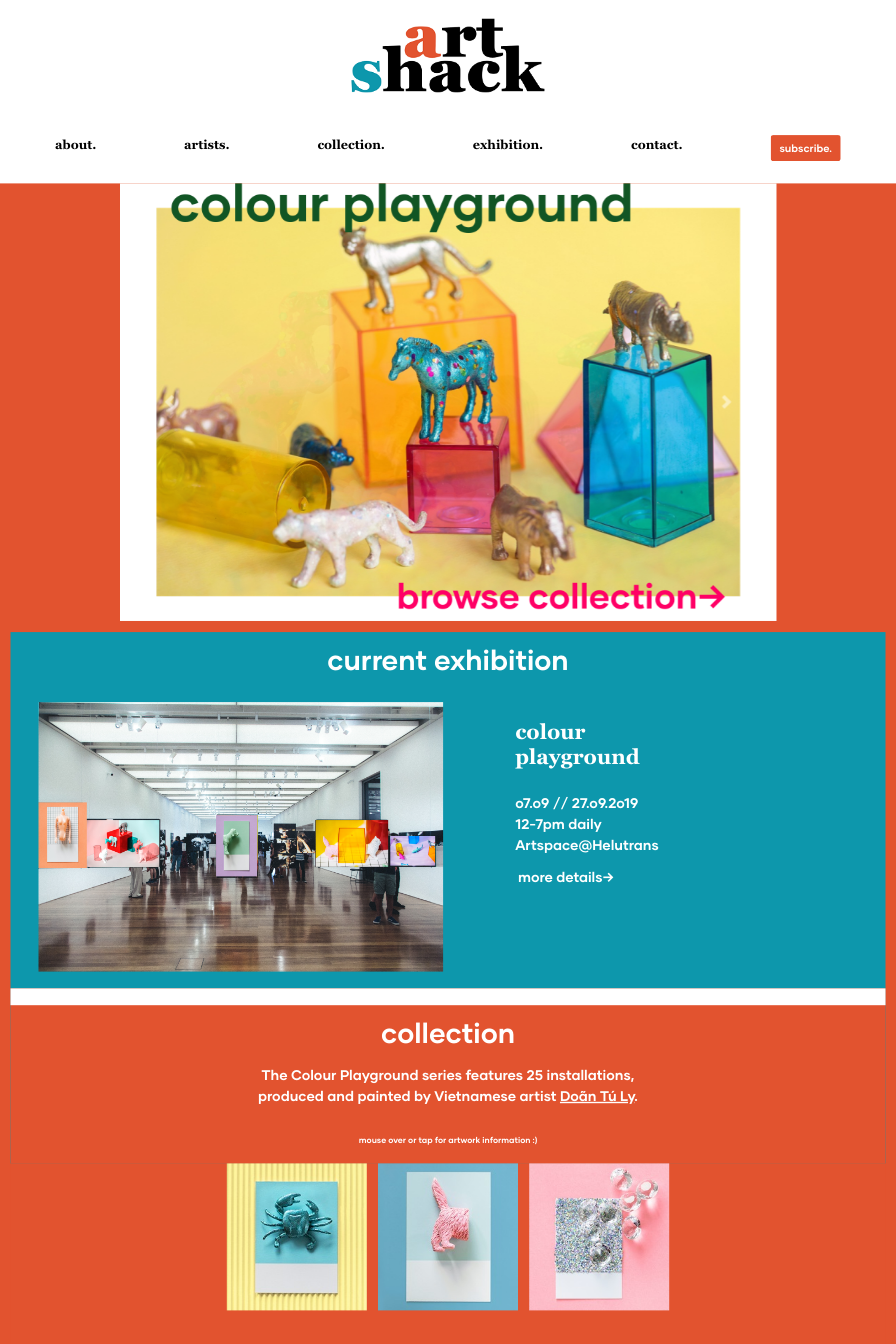
Repository: lynette-lyf/artshack
Page: index.html
The author's editor kept a record of every edit. The page is drawn from the files as they stood at one moment, then again after the next edit.
The browser window is 1280 px wide. The pictures show the part of the page from y = 0 to 1920 px (the page is 2753 px tall), at 70% of full size.

Above is the page before.

### index.html
<!doctype html>
<html lang="en">

<head>
  <!-- Required meta tags -->
  <meta charset="utf-8">
  <meta name="viewport" content="width=device-width, initial-scale=1, shrink-to-fit=no">

  <!-- Bootstrap CSS -->
  <link rel="stylesheet" href="https://stackpath.bootstrapcdn.com/bootstrap/4.3.1/css/bootstrap.min.css" integrity="sha384-ggOyR0iXCbMQv3Xipma34MD+dH/1fQ784/j6cY/iJTQUOhcWr7x9JvoRxT2MZw1T" crossorigin="anonymous">
  <link rel="stylesheet" href="style.css" />
  <link rel="stylesheet" href="https://cdnjs.cloudflare.com/ajax/libs/font-awesome/4.7.0/css/font-awesome.min.css">
  <link rel="stylesheet" href="https://unpkg.com/aos@2.3.1/dist/aos.css" >
  <title>artshack</title>

  <style>
/* font converted using font-converter.net. thank you! */
@font-face {
  font-family: "Georgia-Bold";
  src: url("./fonts/georgiab.eot"); /* IE9 Compat Modes */
  src: url("./fonts/georgiab.eot?#iefix") format("embedded-opentype"), /* IE6-IE8 */
    url("./fonts/georgiab.otf") format("opentype"), /* Open Type Font */
    url("./fonts/georgiab.svg") format("svg"), /* Legacy iOS */
    url("./fonts/georgiab.ttf") format("truetype"), /* Safari, Android, iOS */
    url("./fonts/georgiab.woff") format("woff"), /* Modern Browsers */
    url("./fonts/georgiab.woff2") format("woff2"); /* Modern Browsers */
  font-weight: normal;
  font-style: normal;
}


/* font converted using font-converter.net. thank you! */
@font-face {
  font-family: "GilmerBold";
  src: url("./fonts/GilmerBold.eot"); /* IE9 Compat Modes */
  src: url("./fonts/GilmerBold.eot?#iefix") format("embedded-opentype"), /* IE6-IE8 */
    url("./fonts/GilmerBold.otf") format("opentype"), /* Open Type Font */
    url("./fonts/GilmerBold.svg") format("svg"), /* Legacy iOS */
    url("./fonts/GilmerBold.ttf") format("truetype"), /* Safari, Android, iOS */
    url("./fonts/GilmerBold.woff") format("woff"), /* Modern Browsers */
    url("./fonts/GilmerBold.woff2") format("woff2"); /* Modern Browsers */
  font-weight: normal;
  font-style: normal;
}

    .logo {
      width: 280px;
    }

    /*Custom BootStrap4 CSS Styling credits to Saranya Rajendran @ https://stackoverflow.com/questions/49400853/how-to-change-navbar-hover-color-on-bootstrap-4/49405726*/

    .navbar-light .navbar-brand {
      color: black;
    }

    .navbar-light .navbar-nav .active>.nav-link,
    .navbar-light .navbar-nav .nav-link.active,
    .navbar-light .navbar-nav .nav-link.show,
    .navbar-light .navbar-nav .show>.nav-link {
      color: black;
    }

    .navbar-light .navbar-nav .nav-link {
      color: black;
    }

    .navbar-light .navbar-nav .nav-link-about,
    .navbar-light .navbar-nav .nav-link-artists,
    .navbar-light .navbar-nav .nav-link-collection,
    .navbar-light .navbar-nav .nav-link-exhibition,
    .navbar-light .navbar-nav .nav-link-contact {
      color: black;
    }

    .navbar-light .navbar-nav .nav-link-about:hover,
    .navbar-light .navbar-nav .nav-link-contact:hover {
      color: rgb(13, 151, 172) !important;
      text-decoration: none;
    }

    .navbar-light .navbar-nav .nav-link-artists:hover {
      color: rgb(6, 81, 37) !important;
      text-decoration: none;
    }

    .navbar-light .navbar-nav .nav-link-collection:hover {
      color: rgb(221, 160, 51) !important;
      text-decoration: none;
    }

    .navbar-light .navbar-nav .nav-link-exhibition:hover {
      color: rgb(226, 83, 47) !important;
      text-decoration: none;
    }

    .navbar ul {
      display: flex;
      align-items: stretch;
      /* Default */
      justify-content: space-around;
      width: 100%;
      background: #fff;
      margin: 0;
      padding: 0;
    }

    .navbar li {
      display: block;
      flex: 0 1 auto;
      /* Default */
      list-style-type: none;
      background: #fff;
    }

    .navbar .nav-item-subscribe {
      color: white;
    }

    .navbar {
      font-family: Georgia-Bold;
      color: black;
      font-size: 18px;
    }

    .navbar .navbar-toggler-icon {
  background-image: url(images/navicon.png);!important
}


    .container-fluid-exhibition {
      background-color: rgb(13, 151, 172);
    }

    .container-fluid-exhibition #current-exhibition,
    .container-fluid-contact #contact,
    .container-fluid-collection #collection {
      font-family: GilmerBold;
      font-size: 40px;
      color: white;
    }

    h2 {
      font-family: Georgia-Bold;
      font-size: 30px;
      color: white;
    }

    .container-fluid-exhibition ul {
      list-style: none;
      font-family: GilmerBold;
      font-size: 20px;
      color: white;
      padding: 0;
    }

    .container-fluid-exhibition .row a {
      text-decoration: none;
      font-family: GilmerBold;
      font-size: 20px;
      color: white;
    }

    .container-fluid-exhibition .row a:hover {
      color: rgb(221, 160, 51);
    }

    .box {
      background-color: white;
    }

    .container-fluid-contact #divider {
      background-color: white;
    }

    .container-fluid-contact {
      background-color: rgb(221, 160, 51);
    }


    form {
      font-family: GilmerBold;
    }

    .form-group .form-control {
      background-color: rgb(6, 81, 37);
      color: white;
    }

    .btn {
      font-family: GilmerBold;
      font-size: 15px;
      color: white;
      background-color: rgb(226, 83, 47);
    }

    .btn:hover {
      color: white;
      background-color: rgb(13, 151, 172);
    }

    .btn:focus {
      color: orange;
    }


.container-fluid-collection,
.container-fluid-imagegallery {
  background-color: rgb(226,83,47);
}

.container-fluid-collection p {
  font-family: GilmerBold;
  font-size: 20px;
  color: white;
}

.container-fluid-collection p span {
  text-decoration:underline;
}

.container-fluid-collection p span:hover {
  color: rgb(221,160,81);
}

.container-fluid-imagegallery #onesix .text1,
.container-fluid-imagegallery #twosix .text2,
.container-fluid-imagegallery #threesix .text3,
.container-fluid-imagegallery #foursix .text4,
.container-fluid-imagegallery #fivesix .text5,
.container-fluid-imagegallery #sixsix .text6{
  background-color: white;
  color: black;
  opacity:1;
  font-family: GilmerBold;
  font-size: 15px;
  position:relative;
  bottom:0px;
  left:0px;
  visibility:hidden;
}

.container-fluid-imagegallery #onesix:hover .text1,
.container-fluid-imagegallery #twosix:hover .text2,
.container-fluid-imagegallery #threesix:hover .text3,
.container-fluid-imagegallery #foursix:hover .text4,
.container-fluid-imagegallery #fivesix:hover .text5,
.container-fluid-imagegallery #sixsix:hover .text6{
  visibility:visible;
}

.container-fluid-footer h3 {
  font-family: GilmerBold;
  font-size: 12px;
  color: rgb(6,81,37);
}

.container-fluid-footer h3 a {
  text-decoration: none;
  color: rgb(6,81,37);
}


.container-fluid-footer #socials a {
  text-decoration: none;
  color: rgb(6,81,37);
  margin: 6px;
}

.container-fluid-footer #socials a:hover,
.container-fluid-footer h3 a:hover,
.container-fluid-footer .newsletter:hover{
  color: rgb(221,160,51);
}

@media (max-width: 1023px) {
  .container-fluid-footer .newsletter { display: none; }
  .container-fluid-imagegallery {width:100%;}
}

  </style>

</head>



<header>
  <!--Logo with navigation to Home Page-->
  <div class="container-fluid">
    <div class="logo mx-auto pt-4">
      <a href="#"><img class="img-fluid" src="images/logo.png"></img></a>
    </div>

  </div>

  <div class="container-fluid pl-0 pr-0">
    <!--Navbar credits to https://getbootstrap.com/docs/4.3/components/navbar/-->
    <nav class="navbar navbar-expand-lg navbar-light bg-nobg d-block mx-auto">
      <a class="navbar-brand" href="#"></a>
      <button class="navbar-toggler" style="border:none;" type="button" data-toggle="collapse" data-target="#navbarNav" aria-controls="navbarNav" aria-expanded="false" aria-label="Toggle navigation">
    <span class="navbar-toggler-icon"></span>
  </button>
      <div class="collapse navbar-collapse" id="navbarNav">
        <ul class="navbar-nav">
          <li class="nav-item active">
            <a class="nav-link-about" href="about.html">about.</a>
          </li>
          <li class="nav-item">
            <a class="nav-link-artists" href="artists.html">artists.</a>
          </li>
          <li class="nav-item">
            <a class="nav-link-collection" href="#collection">collection.</a>
          </li>
          <li class="nav-item">
            <a class="nav-link-exhibition" href="#current-exhibition">exhibition.</a>
          </li>
          <li class="nav-item">
            <a class="nav-link-contact" href="#contact">contact.</a>
          </li>
          <!--Modal credits to https://mdbootstrap.com/docs/jquery/modals/forms/-->
          <li class="nav-item-subscribe">
            <a class="btn btn-default btn-rounded mb-4" data-toggle="modal" data-target="#modalSubscriptionForm">subscribe.</a>
          </li>
          <div class="modal fade" id="modalSubscriptionForm" tabindex="-1" role="dialog" aria-labelledby="myModalLabel" aria-hidden="true">
            <div class="modal-dialog" role="document">
              <div class="modal-content" style="background-color:rgb(221,160,51);">
                <div class="modal-header text-center mx-auto" style="color: white;background-color:rgb(221,160,51);">
                  <h4 class="modal-title">Subscribe to our Newsletter
                    <div style="font-size: 14px">(& get exclusive invitations to
                      <div> our exhibition openings!)</div>
                    </div>
                  </h4>
                  <button type="button" class="close" data-dismiss="modal" aria-label="Close">
          <span aria-hidden="true">&times;</span>
        </button>
                </div>
                <div class="modal-body" style="color: white;background-color:rgb(6,81,37);">
                  <div class="md-form mb-1 mt-2 mx-3">
                    <input type="text" id="form3" class="form-control validate">
                    <label data-error="wrong" data-success="right" for="form3">name</label>
                  </div>



                  <div class="md-form mx-3">
                    <input type="email" id="form2" class="form-control validate">
                    <label data-error="wrong" data-success="right" for="form2">email address</label>
                  </div>

                </div>
                <div class="modal-footer d-flex justify-content-center" style="color: white;background-color:rgb(226,83,47);>
                <button id="submit" type="submit" class="btn" data-dismiss="modal">Subscribe</button>
      </div>
    </div>
  </div>
</div>
        </ul>
      </div>
    </nav>
</header>

<body>

  <div class="container-fluid-imagegallery ">
    <div class="col ">
      <div class="row-md " id="image-gallery ">
<!--Carousel credits to https://getbootstrap.com/docs/4.3/components/carousel/-->
<div id="carouselExampleFade" class="carousel slide carousel-fade w-75 mx-auto" data-ride="carousel">
  <div class="carousel-inner">
    <a href="#collection"><div class="carousel-item active">
      <img src="images/gallery3.png" class="d-block w-100" alt="...">
    </div>
    <div class="carousel-item">
      <img src="images/gallery6.png" class="d-block w-100" alt="...">
    </div>
    <div class="carousel-item">
      <img src="images/gallery5.png" class="d-block w-100" alt="...">
    </div>
    <div class="carousel-item">
      <img src="images/gallery4.png" class="d-block w-100" alt="...">
    </div>
  </div>
  <a class="carousel-control-prev" href="#carouselExampleFade" role="button" data-slide="prev">
    <span class="carousel-control-prev-icon" aria-hidden="true"></span>
    <span class="sr-only">Previous</span>
  </a>
  <a class="carousel-control-next" href="#carouselExampleFade" role="button" data-slide="next">
    <span class="carousel-control-next-icon" aria-hidden="true"></span>
    <span class="sr-only">Next</span>
  </a>
</div>
</a>
          </div>

<!--Current exhibition section-->

          <div class="container-fluid-exhibition mt-3 mx-auto">
            <div class="row ">
              <div class="col text-center my-2 mx-3" id="current-exhibition">current exhibition</div>
            </div>

            <div class="row ">
              <div class="col-sm-10 col-md-10 col-lg-6 my-2 mx-4 "><img class="img-fluid p-3 " src="images/exhibition.png "></div>

              <div class="row ">
                <div class="col-sm-12 col-sm-12 col-lg-8 m-5 ">
                  <h2>colour playground</h2>
                  <div class="row mx-3 my-3 row-sm-5 row-md-4 row-lg-4 "></div>
                  <ul>
                    <li>o7.o9 // 27.o9.2o19</li>
                    <li>12-7pm daily</li>
                    <li>Artspace@Helutrans</li>
                  </ul>
                  <div class="row mx-1 my-3 "><a href='https://www.artporters.com/wp-content/uploads/2019/08/Colour-Playground-Catalogue-1.pdf'>more details→</a>
                  </div>
                </div>
</div>
</div>

<!--Collection section with image gallery and image captions on hover-->
<div class="container-fluid-collection">
<div class="box">&nbsp;</div>
            <div class="row ">
              <div class="col text-center my-2 mx-3" id="collection">collection</div>
            </div>
 <div class="row justify-content-center">
              <div class="col text-center col-sm-8 col-md-8 col-lg-10 my-2 mx-4 ">
              <p>The Colour Playground series features 25 installations,<br>
produced and painted by Vietnamese artist <span><a href="doantuly.html">Doãn Tú Ly</a></span>.</p><br>
<p style="font-family:GilmerBold;font-size:12px;color:white;">mouse over or tap for artwork information :)</p></div>
              </div>
</div>
</div>


<div class="container-fluid-imagegallery">
<div class="row justify-content-center">


<div class="column px-1 mx-1" id="onesix">
<img class="img1" src="images/collection1.jpg">
<p class="text1"><i>Blue Crab</i>, 2015</p>
</div>

<div class="column px-1 mx-1" id="twosix">
<img class="img2" src="images/collection2.jpg">
<p class="text2"><i>Halved</i>, 2013</p>
</div>

<div class="column px-1 mx-1" id="threesix">
<img class="img3" src="images/collection3.jpg">
<p class="text3"><i>Everything Nice</i>, 2015</p>
</div>


</div>
 <div class="row justify-content-center pt-3 pb-5">
<div class="column px-1 mx-1" id="foursix">
<img class="img4" src="images/collection4.jpg">
<p class="text4"><i>Exploration</i>, 2016</p>
</div>
<div class="column px-1 mx-1" id="fivesix">
<img class="img5" src="images/collection5.jpg">
<p class="text5"><i>Stationary</i>, 2015</p>
</div>
<div class="column px-1 mx-1" id="sixsix">
<img class="img6" src="images/collection6.jpg">
<p class="text6"><i>Carbs</i>, 2011</p>
</div>
  </div>
</div>


<!--Contact Us section with form-->
<div class="container-fluid-contact ">
<div class="box">&nbsp;</div>
            <div class="row ">
              <div class="col text-center my-2 mx-3 " id="contact">contact us</div>
            </div>
 <div class="row justify-content-center ">
              <div class="col-sm-8 col-md-8 col-lg-4 my-2 mx-4 ">

<!--Form credits to https://getbootstrap.com/docs/4.3/components/forms/-->
<form>
  <div class="form-group">
      <input type="text" class="form-control" placeholder="name" required>
      <label for="text" data-error="wrong" data-success="right"></label>

  <div class="form-group ">
    <input id="email" type="email" class="form-control" name="email" placeholder="email" required>
<label for="email" data-error="wrong" data-success="right"></label>

    <div class="form-group ">
    <textarea class="form-control " id="message " placeholder="message " rows="3 " required></textarea>
  </div>
  <div class="row ">
    <div class="col text-center mb-3">
  <button class="btn " type="submit">submit</button>
  </div>


</form>
</div>
</div>
</div>

</div>



</div>
</div>


                <!-- Optional JavaScript -->
                <!-- jQuery first, then Popper.js, then Bootstrap JS -->
                <script src="https://code.jquery.com/jquery-3.3.1.slim.min.js " integrity="sha384-q8i/X+965DzO0rT7abK41JStQIAqVgRVzpbzo5smXKp4YfRvH+8abtTE1Pi6jizo " crossorigin="anonymous ">
                </script>
                <script src="https://cdnjs.cloudflare.com/ajax/libs/popper.js/1.14.7/umd/popper.min.js " integrity="sha384-UO2eT0CpHqdSJQ6hJty5KVphtPhzWj9WO1clHTMGa3JDZwrnQq4sF86dIHNDz0W1 " crossorigin="anonymous ">
                </script>
                <script src="https://stackpath.bootstrapcdn.com/bootstrap/4.3.1/js/bootstrap.min.js " integrity="sha384-JjSmVgyd0p3pXB1rRibZUAYoIIy6OrQ6VrjIEaFf/nJGzIxFDsf4x0xIM+B07jRM " crossorigin="anonymous ">
                </script>
                <script src="https://unpkg.com/aos@2.3.1/dist/aos.js"></script>
</body>


<footer>

<!--Page footer-->
  <div class="container-fluid-footer mx-auto">
  <div class="box">&nbsp;</div>
            <div class="row justify-content-center pt-1 mx-1 mt-2 mb-2">
              <div class="column col-xl-2 col-lg-2 col-md-3 col-sm-10">
<h3 class="copyright">© 2019<br>artshack Pte Ltd</h3>
</div>
<div class="column col-xl-2 col-lg-3 col-md-3 col-sm-10">
<h3 class="address">Blk 5 Lock Road<br> #01-06 Singapore 108933</h3>
</div>

data-toggle="modal" data-target="#myModal"

<div class="column col-xl-2 col-lg-3 col-md-3 col-sm-10 ">
<h3 class="contactinfo">+65 6296 6346  |  +65 8234 5634<br><a href="mailto:contact@artshack.com">contact@artshack.com</a></h3>
</div>

<div class="column col-xl-2 col-lg-2 col-md-0 col-sm-0">
<h3 class="newsletter"><a data-toggle="modal" data-target="#modalSubscriptionForm">SUBSCRIBE TO<br>OUR NEWSLETTER</h3></a>
</div>

<div class="column col-xl-2 col-lg-2 col-md-3 col-sm-10 " id="socials">
<h3 class="socials" style="padding: 0px; margin: 0px;">FOLLOW US</h3>
  <a style="margin-left:0px;" href="https://www.facebook.com"><i class="fa fa-facebook"></i></a>
  <a style="margin:5px" href="https://www.instagram.com"><i class="fa fa-instagram"></i></a>
  <a style="margin:5px" href="https://www.twitter.com"><i class="fa fa-twitter"></i></a>
  <a style="margin:5px" href="https://www.youtube.com"><i class="fa fa-youtube"></i></a>
</div>

            </div>

  </div>

</footer>

</html>

Loaded but not shown: style.css (no stored copy; drawn as an empty file)

After the next edit:
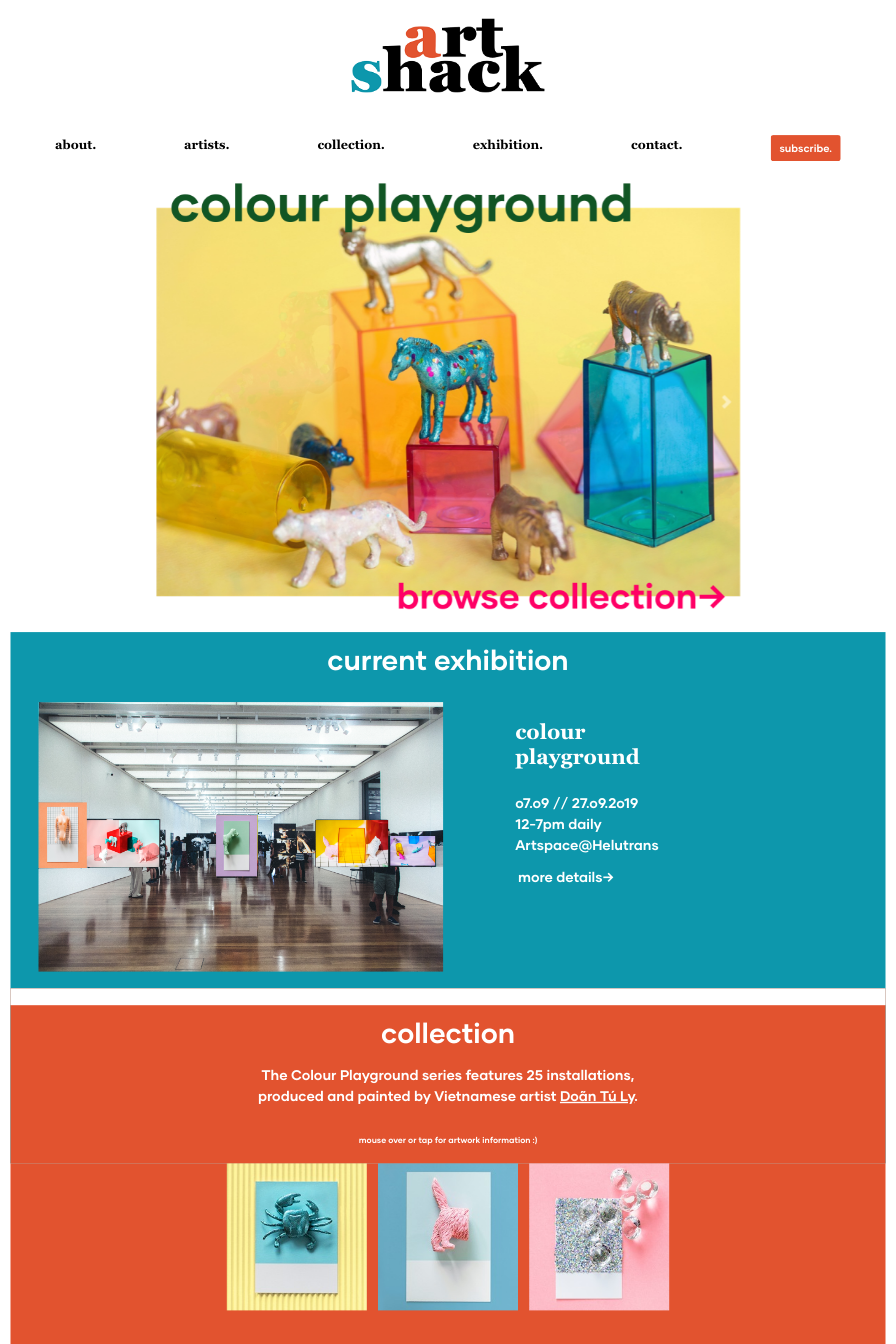
The edit:
--- a/index.html
+++ b/index.html
@@ -360,7 +360,7 @@
 
 <body>
 
-  <div class="container-fluid-imagegallery ">
+  <div class="container-fluid-carousel ">
     <div class="col ">
       <div class="row-md " id="image-gallery ">
 <!--Carousel credits to https://getbootstrap.com/docs/4.3/components/carousel/-->
